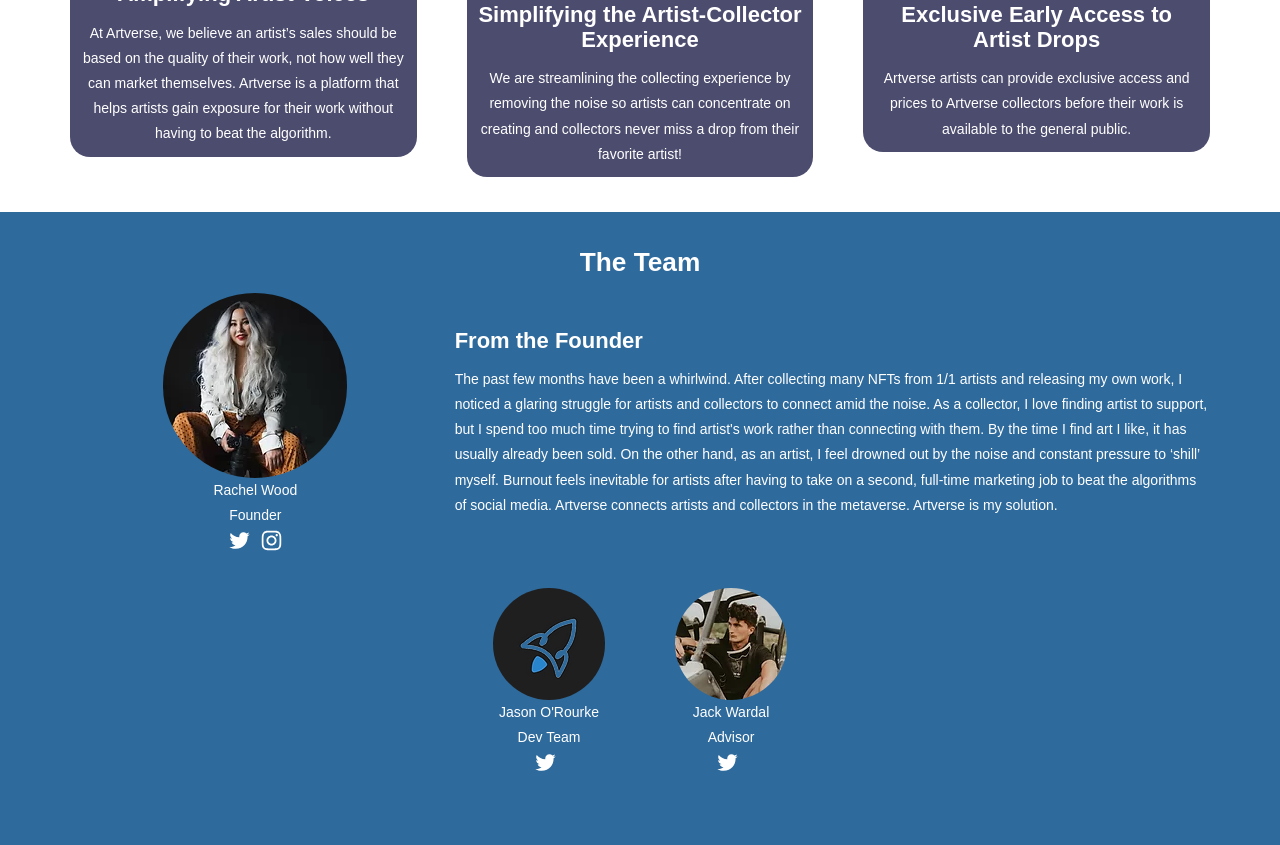
Repository: akinolapo/artverse
Page: /
An editor plug-in stored every save of this project. The page is shown before and after a run of saves, followed by the edit.
The browser window is 1280 px wide. The pictures show the part of the page from y = 1137 to 2089 px (the page is 1982 px tall before and 2089 px after).
The project was rebuilt for these pictures with package versions that can differ from the ones it lists, and the page was loaded fresh each time.

Above is the page before, as saved 2022-07-25 22:09:56.

After the next 5 saves:
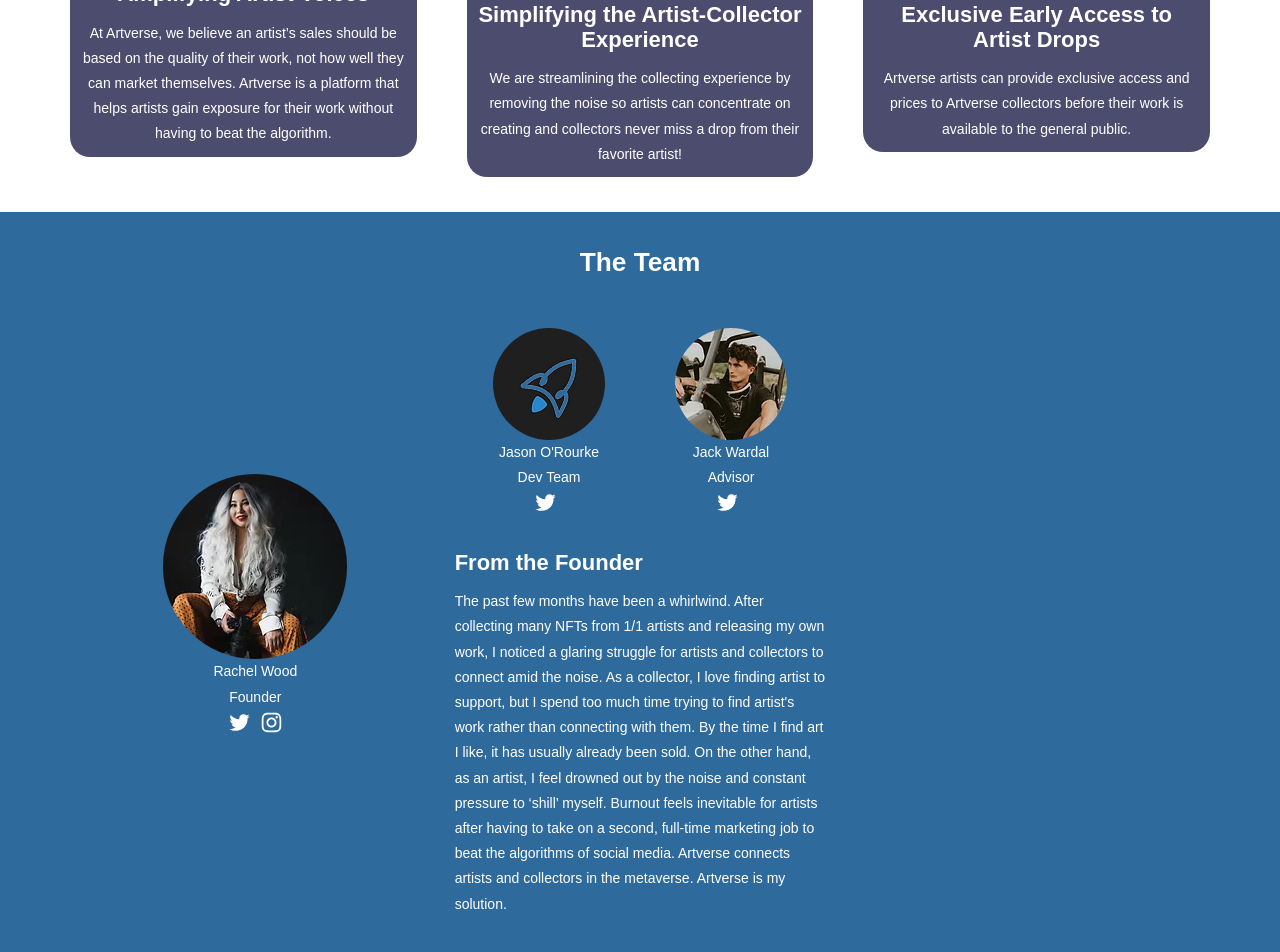
The 5 saves are shown as one change because 2 did not build or start and some came seconds apart.
The last was saved 2 min 57 s later.
--- a/src/components/Team/Team.jsx
+++ b/src/components/Team/Team.jsx
@@ -17,17 +17,8 @@
                         </div>
                     </div>
                 </div>
-                <div className='md:col-span-2'>
-                    <h4 className='mb-4'>From the Founder</h4>
-                    <p>
-                        The past few months have been a whirlwind. After collecting many NFTs from 1/1 artists and releasing my own work, I noticed a glaring struggle for artists and collectors to connect amid the noise.
-                        As a collector, I love finding artist to support, but I spend too much time trying to find artist's work rather than connecting with them. By the time I find art I like, it has usually already been sold.
-                        On the other hand, as an artist, I feel drowned out by the noise and constant pressure to ‘shill’ myself. Burnout feels inevitable for artists after having to take on a second, full-time marketing job to beat the algorithms of social media.
-                        Artverse connects artists and collectors in the metaverse. Artverse is my solution.
-                    </p>
-                </div>
-            </div>
-            <div>
+
+                <div>
                 {/* <h4 className='text-center'>Other Team Members</h4> */}
             <div className='block md:flex justify-center'>
             <div className='text-center  p-5 md:p-10'>
@@ -47,6 +38,21 @@
                         </div>
                     </div>
             </div>
+
+                <div className='md:col-span-2'>
+                    <h4 className='mb-4'>From the Founder</h4>
+                    <p>
+                        The past few months have been a whirlwind. After collecting many NFTs from 1/1 artists and releasing my own work, I noticed a glaring struggle for artists and collectors to connect amid the noise.
+                        As a collector, I love finding artist to support, but I spend too much time trying to find artist's work rather than connecting with them. By the time I find art I like, it has usually already been sold.
+                        On the other hand, as an artist, I feel drowned out by the noise and constant pressure to ‘shill’ myself. Burnout feels inevitable for artists after having to take on a second, full-time marketing job to beat the algorithms of social media.
+                        Artverse connects artists and collectors in the metaverse. Artverse is my solution.
+                    </p>
+                </div>
+            </div>
+
+
+
+
             </div>
         </div>
     )
